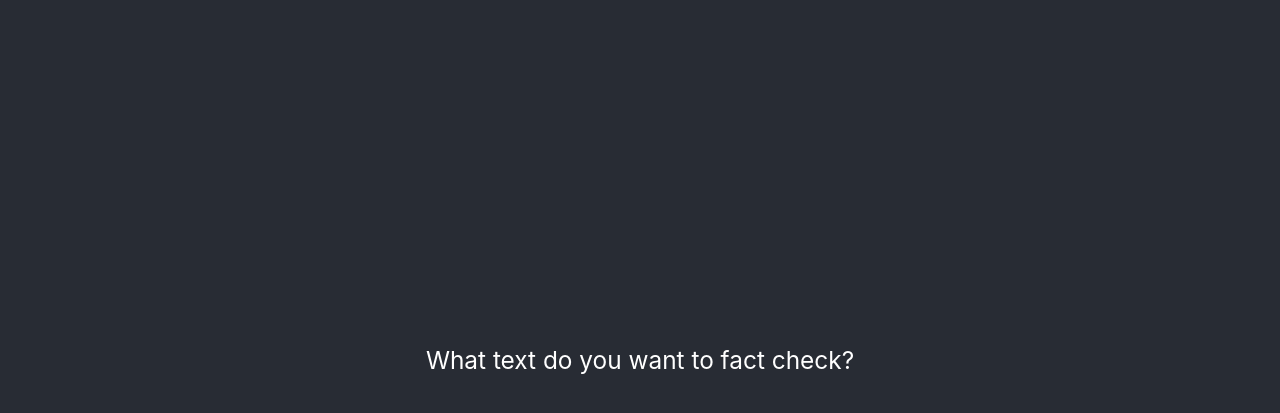
Repository: alkalox/FakeNews
Page: /
These files come from the project's save history. The page is drawn as it stood at one moment and after the next save; the edit follows.
The browser window is 1280 px wide. The pictures show the whole page.
The project was rebuilt for these pictures with package versions that can differ from the ones it lists, and the page was loaded fresh each time.

Above is the page before, as saved 2019-04-19 21:16:50.

After the next save:
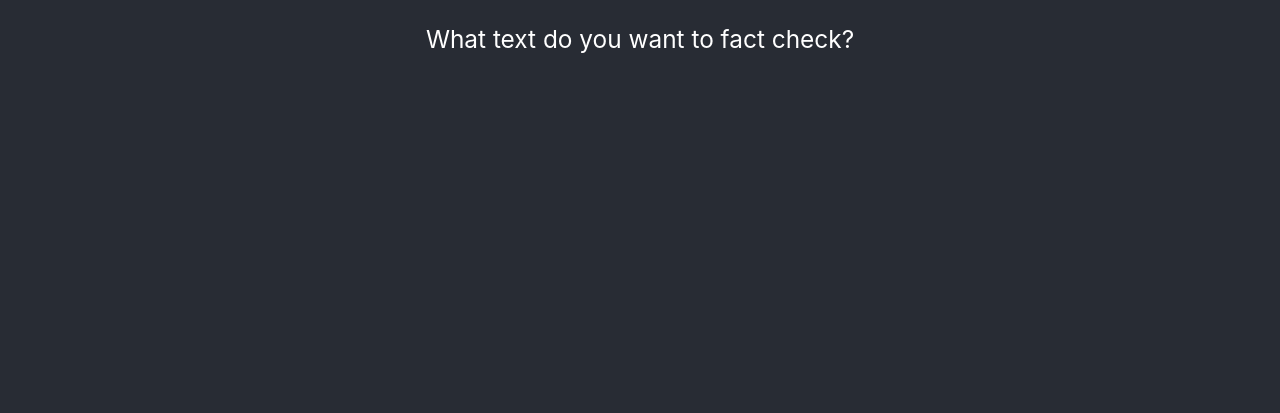
Saved 2 min 19 s later.
--- a/src/App.css
+++ b/src/App.css
@@ -1,14 +1,16 @@
 .App {
   text-align: center;
 }
-
+.Header {
+  text-align: center;
+}
 .App-header {
   background-color: #282c34;
   min-height: 100vh;
   display: flex;
   flex-direction: column;
   align-items: center;
-  justify-content: center;
+  justify-content: flex-start;
   font-size: calc(10px + 2vmin);
   color: white;
 }
